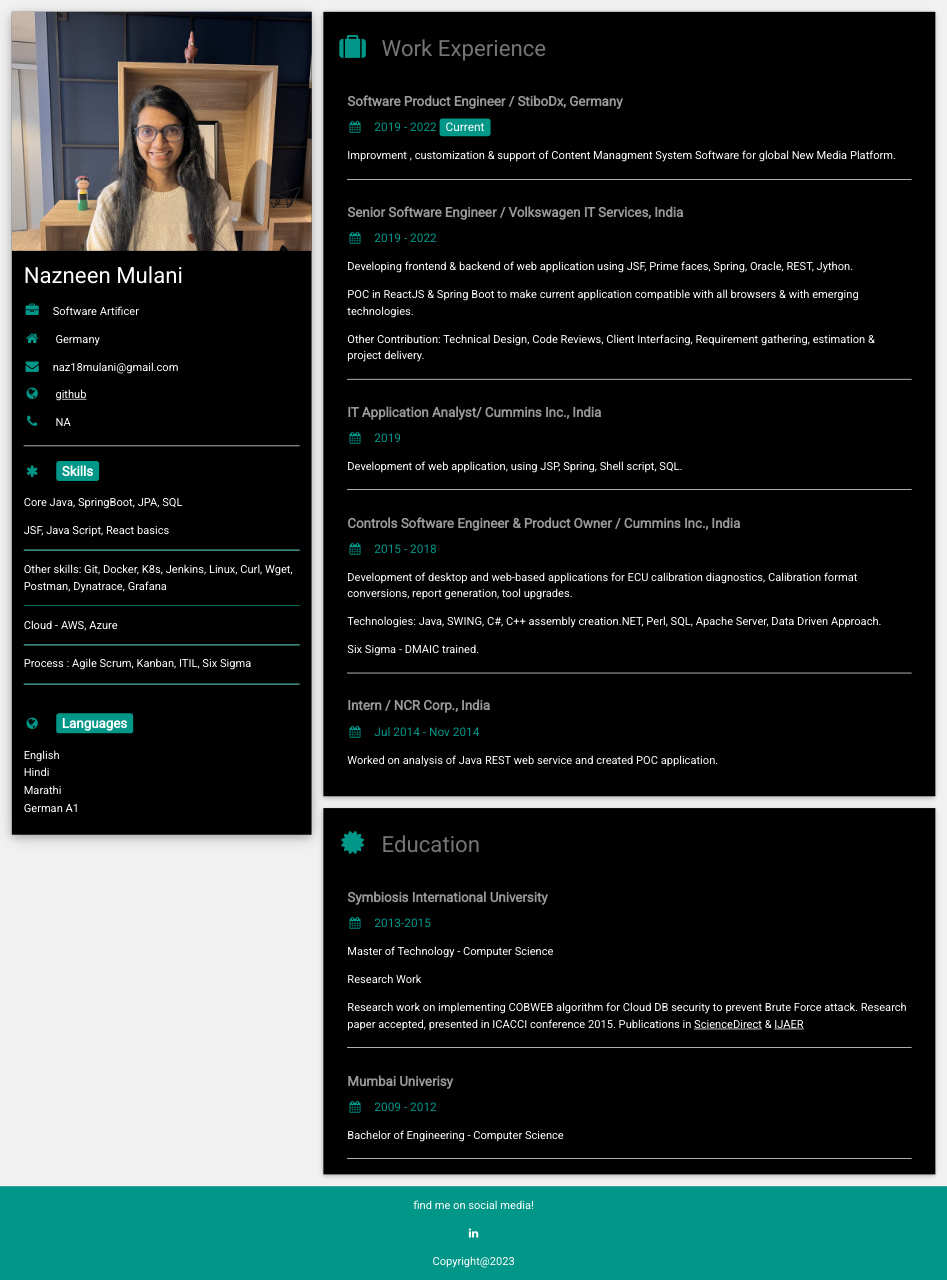
Repository: nazneenprojects/nazneen.github.io
Page: index.html
These files come from the project's save history. The page is drawn as it stood at one moment and after the next save; the edit follows.
The browser window is 1280 px wide. The pictures show the whole page, at 74% of full size.

Above is the page before, as saved 2023-07-09 11:50:56.

### index.html
<!DOCTYPE html>
<html>
<title>Nazneen Portfolio</title>
<meta charset="UTF-8">
<meta name="viewport" content="width=device-width, initial-scale=1">
<link rel="stylesheet" href="https://www.w3schools.com/w3css/4/w3.css">
<link rel='stylesheet' href='https://fonts.googleapis.com/css?family=Roboto'>
<link rel="stylesheet" href="https://cdnjs.cloudflare.com/ajax/libs/font-awesome/4.7.0/css/font-awesome.min.css">
<style>
html,body,h1,h2,h3,h4,h5,h6 {font-family: "Roboto", sans-serif}
</style>
<body class="w3-light-grey">

<!-- Page Container -->
<div class="w3-content w3-margin-top" style="max-width:1400px;">

  <!-- The Grid -->
  <div class="w3-row-padding">

    <!-- Left Column -->
    <div class="w3-third">

      <div class="w3-black w3-text-white w3-card-4">
        <div class="w3-display-container">
          <img src="IMG_NazneenM.JPG" style="width:100%" alt="Avatar">
          <div class="w3-display-bottomleft w3-container w3-text-black">
          </div>
        </div>
        <div class="w3-container">
          <h2>Nazneen Mulani</h2>
          <p><i class="fa fa-briefcase fa-fw w3-margin-right w3-large w3-text-teal"></i>Software Artificer</p>
          <p><i class="fa fa-home fa-fw w3-margin-right w3-large w3-text-teal"></i> Germany </p>
          <p><i class="fa fa-envelope fa-fw w3-margin-right w3-large w3-text-teal"></i>naz18mulani@gmail.com</p>
          <p><i class="fa fa-globe fa-fw w3-margin-right w3-large w3-text-teal"></i>
          <a href="https://github.com/nazneenprojects">github</a>
          </p>
          <p><i class="fa fa-phone fa-fw w3-margin-right w3-large w3-text-teal"></i> NA </p>
          <hr>

          <p class="w3-large"><b><i class="fa fa-asterisk fa-fw w3-margin-right w3-text-teal"></i> <span class="w3-tag w3-teal w3-round">Skills</span></b></p>
          <p>Core Java, SpringBoot, JPA, SQL</p>

          <p>JSF, Java Script, React basics</p>
          <div class="w3-light-grey w3-round-xlarge w3-small">
            <div class="w3-container w3-center w3-round-xlarge w3-teal" style="width:100%">
            </div>
          </div>
          <p>Other skills: Git, Docker, K8s, Jenkins, Linux, Curl, Wget, Postman, Dynatrace, Grafana</p>
          <div class="w3-light-grey w3-round-xlarge w3-small">
            <div class="w3-container w3-center w3-square-xlarge w3-teal" style="width:100%">
           </div>
          </div>
          <p>Cloud - AWS, Azure</p>
          <div class="w3-light-grey w3-round-xlarge w3-small">
            <div class="w3-container w3-center w3-round-xlarge w3-teal" style="width:100%">
            </div>
          </div>
          <p>Process : Agile Scrum, Kanban, ITIL, Six Sigma</p>
          <div class="w3-light-grey w3-round-xlarge w3-small">
            <div class="w3-container w3-center w3-round-xlarge w3-teal" style="width:100%">
            </div>
          </div>
          <br>

          <p class="w3-large w3-text-theme"><b><i class="fa fa-globe fa-fw w3-margin-right w3-text-teal"></i> <span class="w3-tag w3-teal w3-round">Languages</span></b></p>

          <div class="w3-light-grey w3-round-xlarge">
            <div class="w3-square-xlarge w3-black" style="height:24px;width:100%">English</div>
          </div>

          <div class="w3-light-grey w3-round-xlarge">
            <div class="w3-square-xlarge w3-black" style="height:24px;width:100%">Hindi</div>
          </div>

          <div class="w3-light-grey w3-round-xlarge">
            <div class="w3-square-xlarge w3-black" style="height:24px;width:100%">Marathi</div>
          </div>

          <div class="w3-light-grey w3-round-xlarge">
            <div class="w3-square-xlarge w3-black" style="height:24px;width:100%">German A1</div>
          </div>
          <br>
        </div>
      </div><br>

    <!-- End Left Column -->
    </div>

    <!-- Right Column -->
    <div class="w3-twothird">

      <div class="w3-container w3-card w3-black w3-margin-bottom">
        <h2 class="w3-text-grey w3-padding-16"><i class="fa fa-suitcase fa-fw w3-margin-right w3-xxlarge w3-text-teal"></i>Work Experience</h2>
        <div class="w3-container">
          <h5 class="w3-opacity"><b>Software Product Engineer / StiboDx, Germany</b></h5>
          <h6 class="w3-text-teal"><i class="fa fa-calendar fa-fw w3-margin-right"></i>2019 - 2022 <span class="w3-tag w3-teal w3-round">Current</span></h6>
          <p> Improvment , customization & support of Content Managment System Software for global New Media Platform.</p>
          <hr>
        </div>
        <div class="w3-container">
          <h5 class="w3-opacity"><b>Senior Software Engineer / Volkswagen IT Services, India</b></h5>
          <h6 class="w3-text-teal"><i class="fa fa-calendar fa-fw w3-margin-right"></i>2019 - 2022</h6>
          <p>Developing frontend & backend of web application using JSF, Prime faces, Spring, Oracle, REST, Jython.</p>
          <p>POC in ReactJS & Spring Boot to make current application compatible with all browsers & with emerging technologies.</p>
          <p>Other Contribution: Technical Design, Code Reviews, Client Interfacing, Requirement gathering, estimation & project delivery.</p>
          <hr>
        </div>
        <div class="w3-container">
          <h5 class="w3-opacity"><b>IT Application Analyst/ Cummins Inc., India</b></h5>
          <h6 class="w3-text-teal"><i class="fa fa-calendar fa-fw w3-margin-right"></i>2019 </h6>
          <p>Development of web application, using JSP, Spring, Shell script, SQL.</p>
          <hr>
        </div>
        <div class="w3-container">
          <h5 class="w3-opacity"><b>Controls Software Engineer & Product Owner / Cummins Inc., India</b></h5>
          <h6 class="w3-text-teal"><i class="fa fa-calendar fa-fw w3-margin-right"></i>2015 - 2018</h6>
          <p>Development of desktop and web-based applications for ECU calibration diagnostics, Calibration format conversions, report generation, tool upgrades.</p>
          <p>Technologies: Java, SWING, C#, C++ assembly creation.NET, Perl, SQL, Apache Server, Data Driven Approach.</p>
          <p>Six Sigma - DMAIC trained.</p>
          <hr>
        </div>
        <div class="w3-container">
          <h5 class="w3-opacity"><b>Intern / NCR Corp., India</b></h5>
          <h6 class="w3-text-teal"><i class="fa fa-calendar fa-fw w3-margin-right"></i>Jul 2014 - Nov 2014</h6>
          <p>Worked on analysis of Java REST web service and created POC application. </p><br>
        </div>
      </div>

      <div class="w3-container w3-card w3-black">
        <h2 class="w3-text-grey w3-padding-16"><i class="fa fa-certificate fa-fw w3-margin-right w3-xxlarge w3-text-teal"></i>Education</h2>
        <div class="w3-container">
          <h5 class="w3-opacity"><b> Symbiosis International University</b></h5>
          <h6 class="w3-text-teal"><i class="fa fa-calendar fa-fw w3-margin-right"></i>2013-2015</h6>
          <p>Master of Technology - Computer Science</p>
          <p>Research Work</p>
          <p>
            Research work on implementing COBWEB algorithm for Cloud DB security to prevent Brute Force attack. Research paper accepted, presented in ICACCI conference 2015. Publications in

            <a href="https://www.sciencedirect.com/science/article/pii/S1877050915005359">ScienceDirect</a> &
            <a href="https://www.ripublication.com/Volume/ijaerv10n12.htm">IJAER</a>
          </p>
          <hr>
        </div>
        <div class="w3-container">
          <h5 class="w3-opacity"><b>Mumbai Univerisy</b></h5>
          <h6 class="w3-text-teal"><i class="fa fa-calendar fa-fw w3-margin-right"></i>2009 - 2012</h6>
          <p>Bachelor of Engineering - Computer Science</p>
          <hr>
        </div>
      </div>

    <!-- End Right Column -->
    </div>

  <!-- End Grid -->
  </div>

  <!-- End Page Container -->
</div>

<footer class="w3-container w3-teal w3-center w3-margin-top">

  <p>find me on social media!</p>
  <a href="https://www.linkedin.com/in/nazneen-mulani-05004012a/"> <i class="fa fa-linkedin w3-hover-opacity"></i></a>
  <p>Copyright@2023</p>
 <!--
  <i class="fa fa-facebook-official w3-hover-opacity"></i>
  <i class="fa fa-instagram w3-hover-opacity"></i>
  <i class="fa fa-snapchat w3-hover-opacity"></i>
  <i class="fa fa-pinterest-p w3-hover-opacity"></i>
  <i class="fa fa-twitter w3-hover-opacity"></i>
  <p>Powered by <a href="https://www.w3schools.com/w3css/default.asp" target="_blank">w3.css</a></p>
 -->
</footer>

</body>
</html>

After the next save:
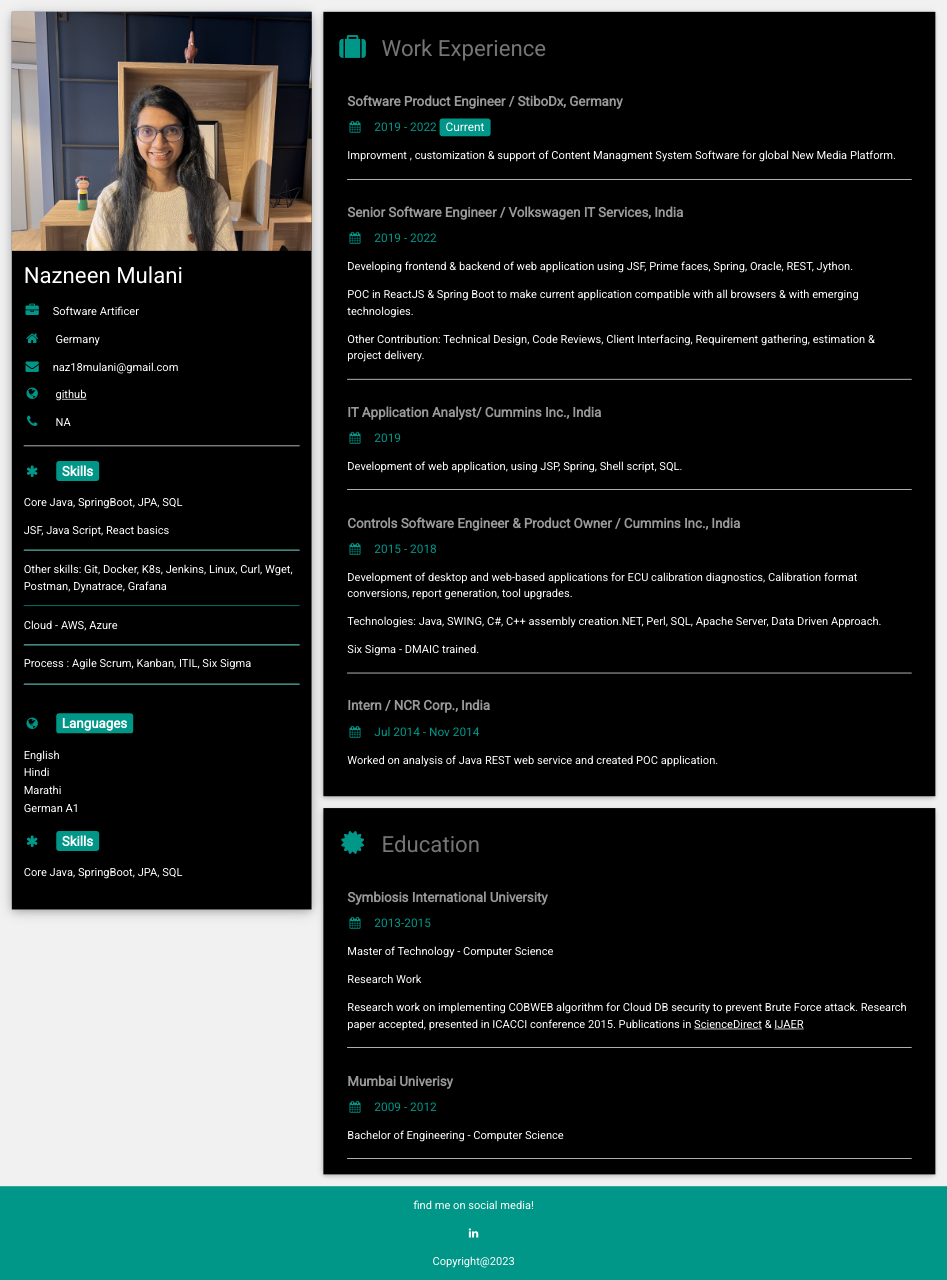
Saved 2 min 11 s later.
--- a/index.html
+++ b/index.html
@@ -79,6 +79,10 @@
           <div class="w3-light-grey w3-round-xlarge">
             <div class="w3-square-xlarge w3-black" style="height:24px;width:100%">German A1</div>
           </div>
+
+          <p class="w3-large"><b><i class="fa fa-asterisk fa-fw w3-margin-right w3-text-teal"></i> <span class="w3-tag w3-teal w3-round">Skills</span></b></p>
+          <p>Core Java, SpringBoot, JPA, SQL</p>
+
           <br>
         </div>
       </div><br>
